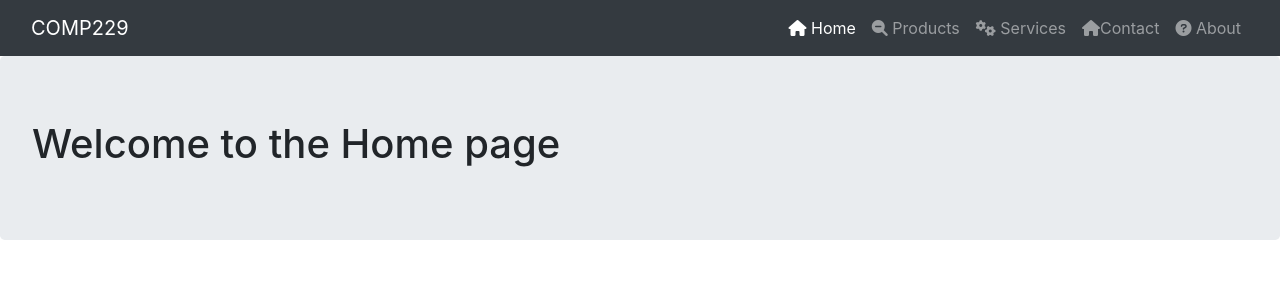
Repository: arsh16/week3_demo2
Page: http://localhost/
These files come from the project's save history. The page is drawn as it stood at one moment and after the next save; the edit follows.
The browser window is 1280 px wide. The pictures show the whole page.
Some web libraries are served in a nearby version. The page is served by the project's Node server (server.js).

Above is the page before, as saved 2021-09-30 11:48:10.

After the next save:
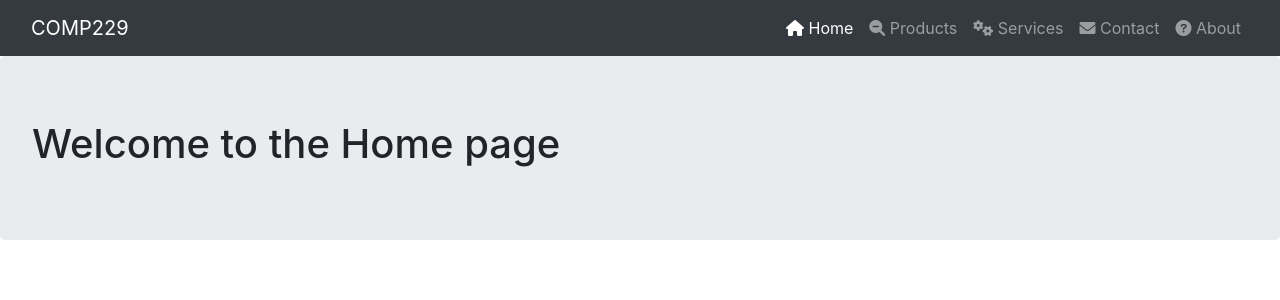
Saved 53 s later.
--- a/views/index.ejs
+++ b/views/index.ejs
@@ -47,7 +47,7 @@
           </li>
 
              <li class="nav-item">
-            <a class="nav-link" href="/contact"><i class="fas fa-home"></i>Contact </a>
+            <a class="nav-link" href="/contact"><i class="fas fa-envelope"></i> Contact </a>
           </li>
 
            <li class="nav-item">
